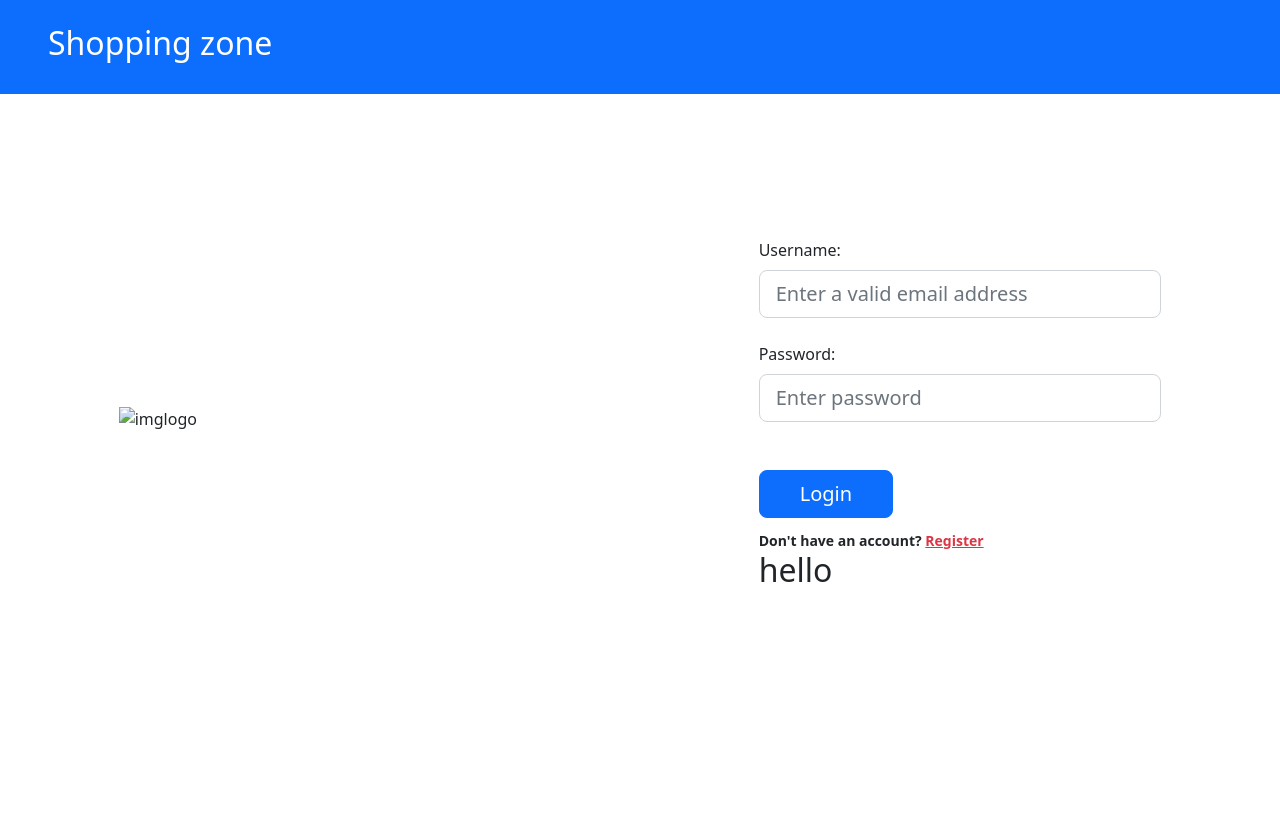
Repository: Rishicollinz/Java_Fullstack
Page: http://localhost/shopping/login.jsp
An editor plug-in stored every save of this project. The page is shown before and after the next save, followed by the edit.
The browser window is 1280 px wide. The pictures show the whole page.
The page is served by Tomcat 9. Other server files are loaded and not shown.

Above is the page before, as saved 2023-05-21 04:26:53.

### Eclipse 2/shopping/src/main/webapp/login.jsp
<%@ page language="java" contentType="text/html; charset=UTF-8"
    pageEncoding="UTF-8"%>
    <%@ taglib prefix="c" uri="http://java.sun.com/jsp/jstl/core" %>
<!DOCTYPE html>
<html>
<head>
<meta charset="UTF-8">
<title>Login page</title>

<meta charset="utf-8">
  <meta name="viewport" content="width=device-width, initial-scale=1">
  <link href="https://cdn.jsdelivr.net/npm/bootstrap@5.2.3/dist/css/bootstrap.min.css" rel="stylesheet">
  <script src="https://cdn.jsdelivr.net/npm/bootstrap@5.2.3/dist/js/bootstrap.bundle.min.js"></script>
<style>
.divider:after,
.divider:before {
content: "";
flex: 1;
height: 1px;
background: #eee;
}
.h-custom {
height: calc(100% - 73px);
}
@media (max-width: 450px) {
.h-custom {
height: 100%;
}
}
</style>
</head>

<body>
<div
    class="d-flex flex-column flex-md-row text-center text-md-start justify-content-between py-4 px-4 px-xl-5 bg-primary">
<h2 style="color: white">Shopping zone</h2>
</div>
<section class="vh-100">
  <div class="container-fluid h-custom">
    <div class="row d-flex justify-content-center align-items-center h-100">
      <div class="col-md-9 col-lg-6 col-xl-5">
		  <img id="image-1" alt="imglogo" src="img/szlogo.png"/>
      </div>
      <div class="col-md-8 col-lg-6 col-xl-4 offset-xl-1">
        <form action="login" method="post">


          <!-- Username input -->
          <div class="form-outline mb-4">
          	<label class="form-label" for="form3Example3">Username:</label>
            <input type="text" id="form3Example3" class="form-control form-control-lg"
              placeholder="Enter a valid email address" name="username"/>
          </div>

          <!-- Password input -->
          <div class="form-outline mb-3">
          	<label class="form-label" for="form3Example4">Password:</label>
            <input type="password" id="form3Example4" class="form-control form-control-lg"
              placeholder="Enter password" name="password" />
          </div>

          <div class="d-flex justify-content-between align-items-center">

          </div>

          <div class="text-center text-lg-start mt-4 pt-2">
            <button type="submit" class="btn btn-primary btn-lg"
              style="padding-left: 2.5rem; padding-right: 2.5rem;">Login</button>
            <p class="small fw-bold mt-2 pt-1 mb-0">Don't have an account? <a href="#!"
                class="link-danger">Register</a></p>
          </div>
          <div>
          <h2>hello</h2></div>

        </form>
      </div>
    </div>
  </div>
</section>

</body>
</html>

### Eclipse 2/shopping/src/main/java/login/LoginUserServlet.java
package login;

import java.io.IOException;
import java.sql.SQLException;

import javax.servlet.RequestDispatcher;
import javax.servlet.ServletException;
import javax.servlet.annotation.WebServlet;
import javax.servlet.http.HttpServlet;
import javax.servlet.http.HttpServletRequest;
import javax.servlet.http.HttpServletResponse;

/**
 * Servlet implementation class LoginUserServlet
 */
@WebServlet("/")
public class LoginUserServlet extends HttpServlet {
	private static final long serialVersionUID = 1L;
	private LoginUserDao loginUserDao;

    /**
     * Default constructor.
     */
    public LoginUserServlet() {
        // TODO Auto-generated constructor stub
    	this.loginUserDao=new LoginUserDao();
    }

	/**
	 * @see HttpServlet#doGet(HttpServletRequest request, HttpServletResponse response)
	 */
	protected void doGet(HttpServletRequest request, HttpServletResponse response) throws ServletException, IOException {
		// TODO Auto-generated method stub
		String action=request.getServletPath();
		try{
			switch(action) {
				case "/login":
					loginCheck(request,response);
					break;
			}
		}catch(Exception e) {
			throw new ServletException(e);
		}
	}

	private void loginCheck(HttpServletRequest request, HttpServletResponse response) throws ServletException,SQLException, IOException {
		// TODO Auto-generated method stub

		String username=request.getParameter("username");
		String password=request.getParameter("password");
		Boolean verify=loginUserDao.loginVerify(username, password);
		if(verify==false) {
			response.sendRedirect("login.jsp");
		}if(verify==true) {
			response.sendRedirect("register.jsp");
		}

	}

	/**
	 * @see HttpServlet#doPost(HttpServletRequest request, HttpServletResponse response)
	 */
	protected void doPost(HttpServletRequest request, HttpServletResponse response) throws ServletException, IOException {
		// TODO Auto-generated method stub
		doGet(request, response);
	}

}

After the next save:
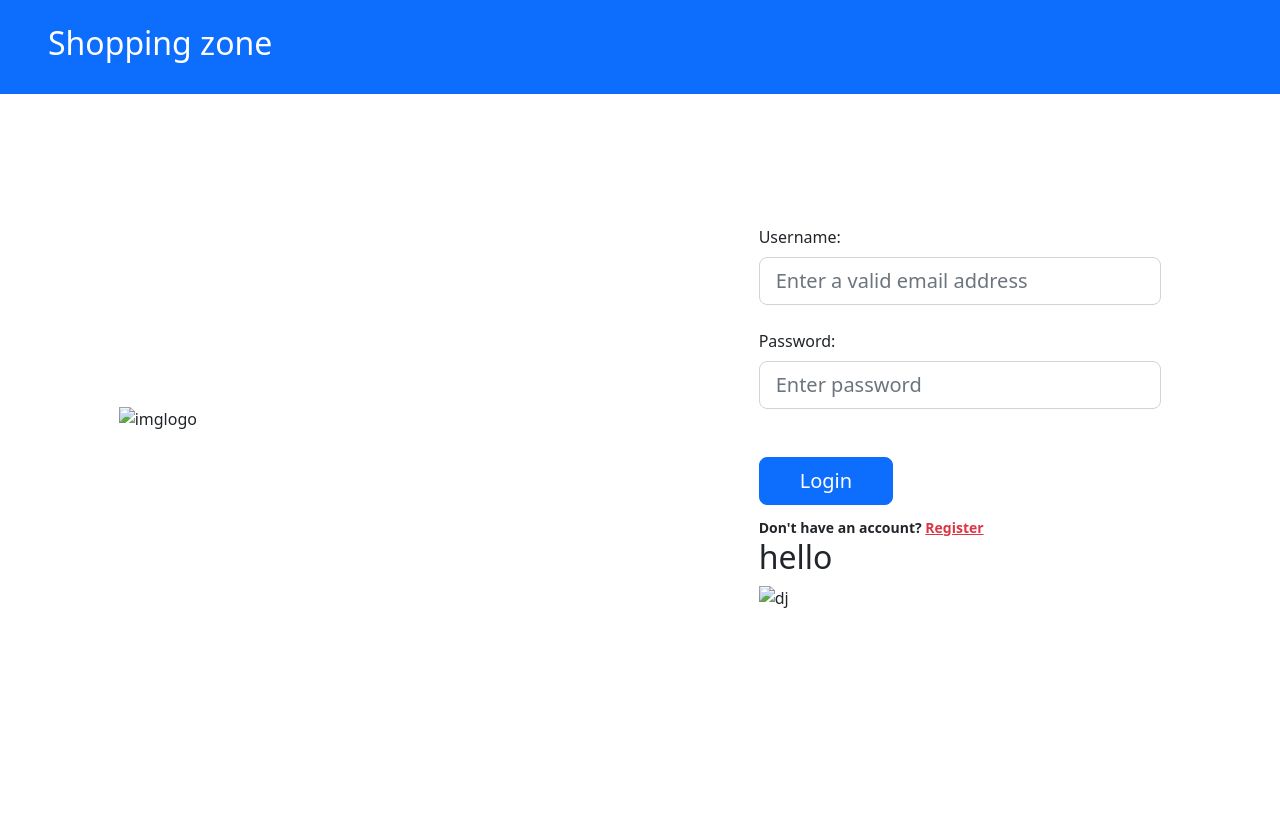
Saved 54 s later.
--- a/Eclipse 2/shopping/src/main/webapp/login.jsp
+++ b/Eclipse 2/shopping/src/main/webapp/login.jsp
@@ -70,7 +70,8 @@ height: 100%;
                 class="link-danger">Register</a></p>
           </div>
           <div>
-          <h2>hello</h2></div>
+          <h2>hello</h2>
+          <img src="szlogo.png" alt="dj"></div>
 
         </form>
       </div>
